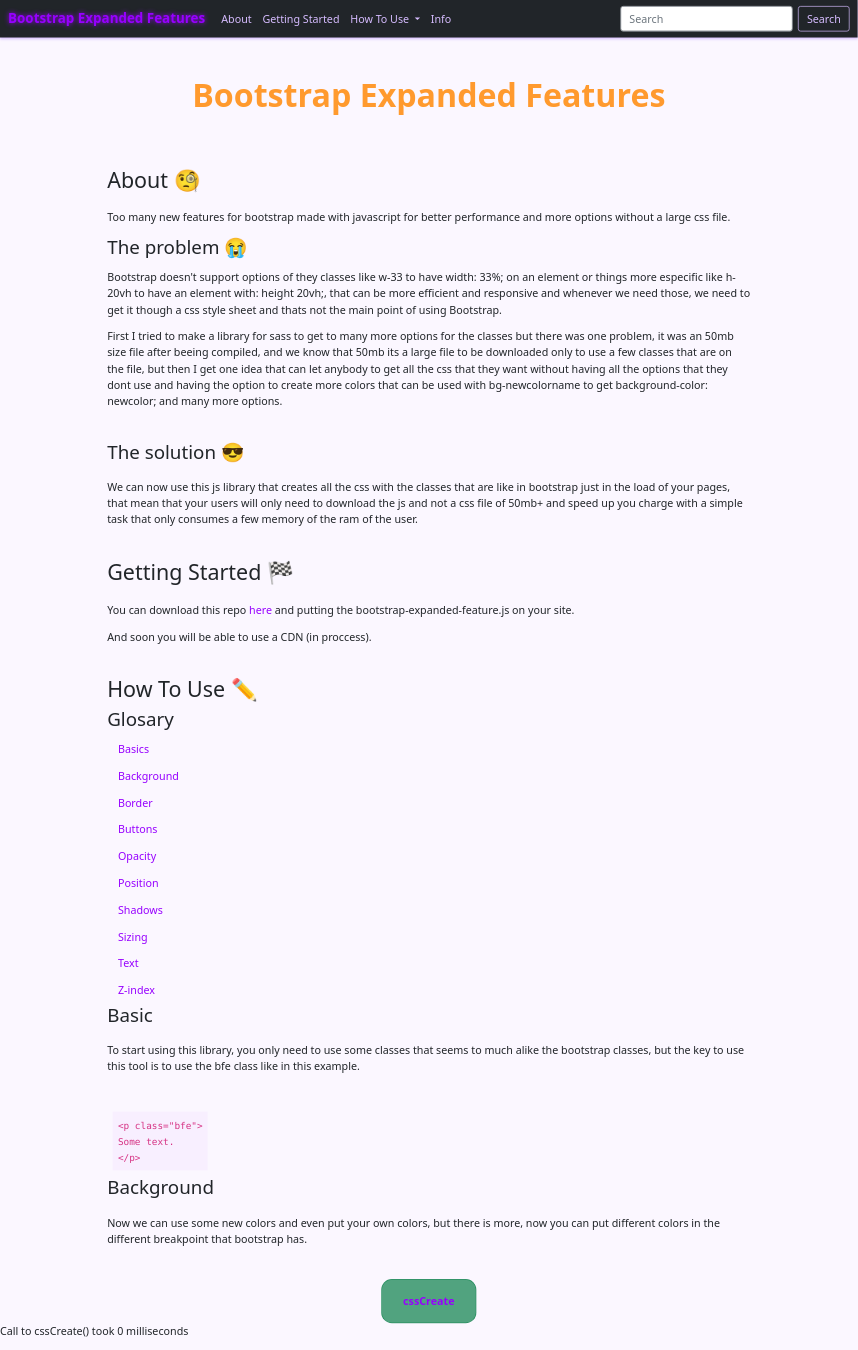
Repository: LynxPardelle/bootstrap-expanded-features
Page: index.html
An editor plug-in stored every save of this project. The page is shown before and after the next save, followed by the edit.
The browser window is 1280 px wide. The pictures show the whole page, at 67% of full size.

Above is the page before, as saved 2022-01-02 05:29:52.

After the next save:
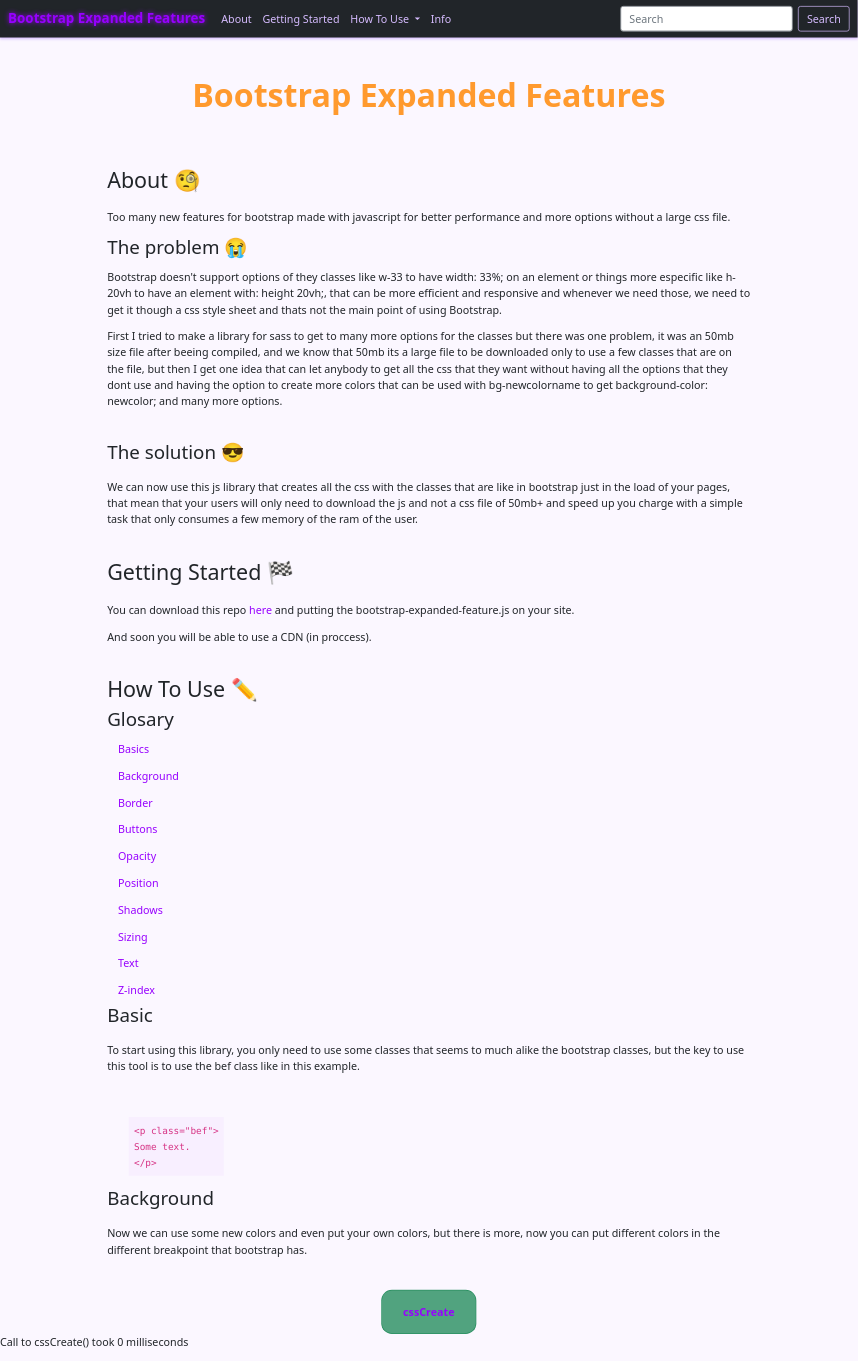
Saved 107 s later.
--- a/index.html
+++ b/index.html
@@ -241,11 +241,11 @@
             <p class="mt-4 mb-5 text-start bef bef-link-futurePop">
               To start using this library, you only need to use some classes
               that seems to much alike the bootstrap classes, but the key to use
-              this tool is to use the bfe class like in this example.
-            </p>
-            <p class="d-inline-block p-2 m-2 bef-bg-futurePop__OPA__0_03">
+              this tool is to use the bef class like in this example.
+            </p>
+            <p class="d-inline-block p-2 bef bef-m-1rem__2rem bef-bg-futurePop__OPA__0_03">
               <code>
-                &#60;p class="bfe"&#62;
+                &#60;p class="bef"&#62;
                 <br />
                 Some text.
                 <br />
